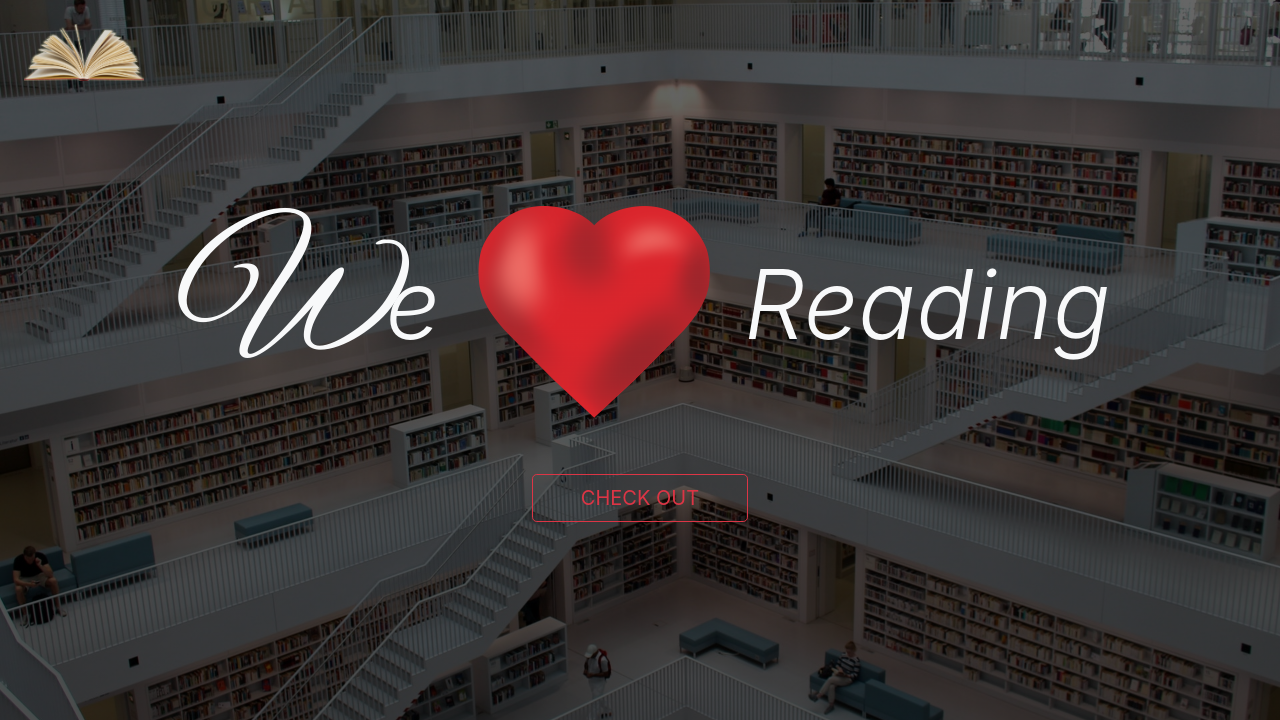
Repository: imedakrouti/BookStore
Page: index.html
The author's editor kept a copy of each file at every save. The page is drawn from the files as they stood at one save, then again after the next save.
The browser window is 1280 px wide. The pictures show the whole page.
Some web libraries are served in a nearby version.

Above is the page before, as saved 2020-05-05 17:50:46.

### index.html
<!DOCTYPE html>
<html lang="en">
<head>
    <meta charset="UTF-8">
    <!-- meta view-port responsive design -->
    <meta name="viewport" content="width=device-width, initial-scale=1.0">
    <!-- Favicon -->
    <link rel="shortcut icon" href="images/img/title-img.png" type="image/x-icon">
    <!-- Fontawsome -->
    <link rel="stylesheet" href="https://use.fontawesome.com/releases/v5.0.10/css/all.css" integrity="sha384-+d0P83n9kaQMCwj8F4RJB66tzIwOKmrdb46+porD/OvrJ+37WqIM7UoBtwHO6Nlg" crossorigin="anonymous">
    <!-- Css Bootstrap -->
    <link rel="stylesheet" href="pluguin/bootstrap/css/bootstrap.min.css">
    <!-- Css style -->
    <link rel="stylesheet" href="styles/styles.css">
    <title>Books Site</title>
</head>
<body>
    <!-- Header -->
    <header class="d-flex align-items-center">
        <div class="align-self-start position-absolute">
          <a href="#">
            <img src="images/img/book.png" width="120" class="img-fluid m-4">
          </a>
        </div>
        <div class="container">
          <div class="row">
            <div class="col text-center">
              <h1 class="text-light display-1 font-italic mb-5 banner-heading">We <img src="images/img/heart.png" width="250" class="img-fluid"> Reading</h1>
              <a href="#" class="btn btn-lg btn-outline-danger text-uppercase px-5">Check Out</a>
            </div>
          </div>
        </div>
      </header>
    <!-- End Of Header -->
<!-- Jquery -->
<script src="pluguin/jquery-3.3.1.min.js"></script>
<!-- Popper js -->
<script src="pluguin/popper.js"></script>
<!-- Bootstrap js  -->
<script src="pluguin/bootstrap/js/bootstrap.min.js"></script>
<!-- Own js file -->
<script src="js/script.js"></script>
</body>
</html>

### styles/styles.css
@import url('https://fonts.googleapis.com/css?family=Great+Vibes&display=swap');

*{
    margin: 0;
    padding: 0;
    box-sizing:border-box;
}
body{
    /* font-family: 'Great Vibes', cursive; */
}
a:hover{
    text-decoration: none;
}
header{
    height: 100vh;
    background:linear-gradient(rgba(0,0,0,0.6),rgba(0,0,0,0.7)),url('../images/img/header-bg.jpeg')no-repeat fixed center /cover;
}
.banner-heading::first-letter{
    font-family: 'Great Vibes', cursive;
    font-size: 10rem;
    /* letter-spacing: 12px; */
    margin-right: 2opx;
}

Loaded but not shown: pluguin/bootstrap/css/bootstrap.min.css (library); pluguin/jquery-3.3.1.min.js (library); pluguin/popper.js (library); pluguin/bootstrap/js/bootstrap.min.js (library); js/script.js (no copy from this time; the picture is the same without it)

After the next save:
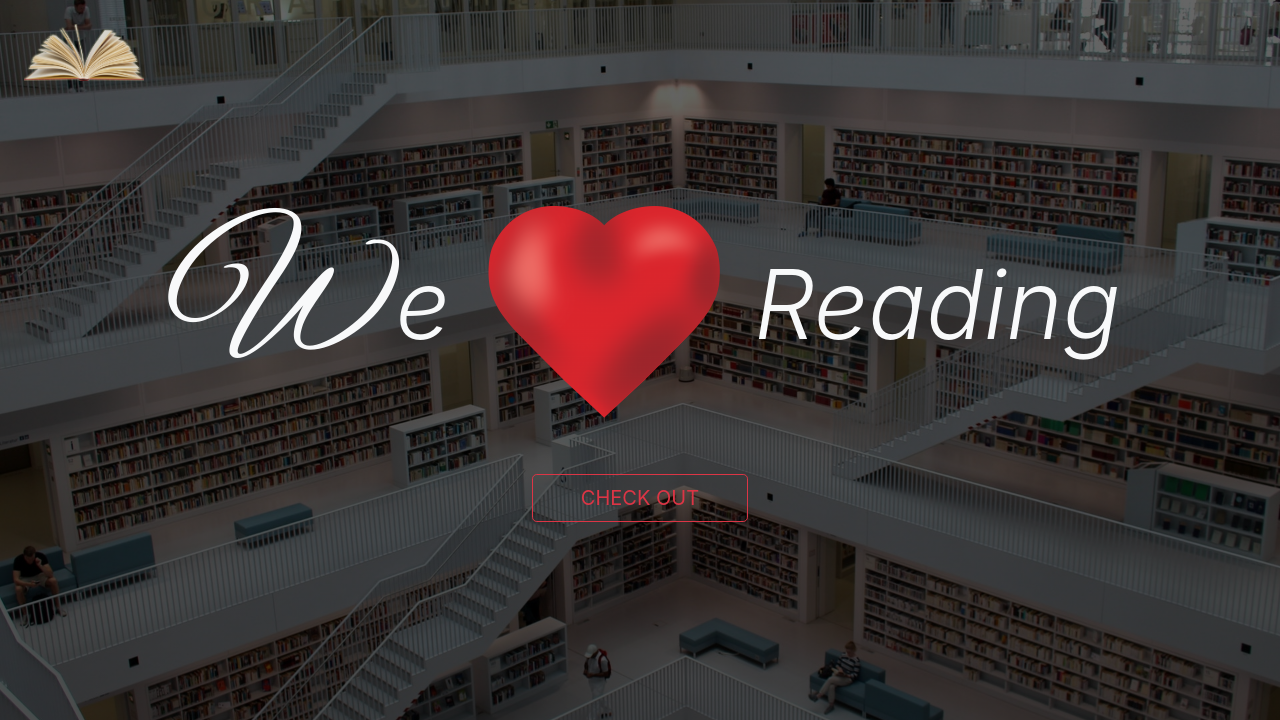
Saved 4 s later.
--- a/styles/styles.css
+++ b/styles/styles.css
@@ -19,5 +19,5 @@
     font-family: 'Great Vibes', cursive;
     font-size: 10rem;
     /* letter-spacing: 12px; */
-    margin-right: 2opx;
+    margin-right: 20px;
 }
